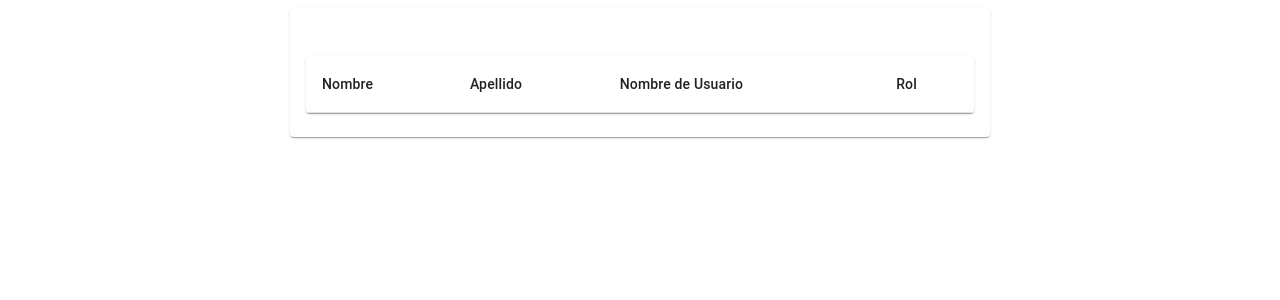
Repository: Mpablom/usuarioCaC-integrador-final-front
Page: /usuarios
The author's editor kept a copy of each file at every save. The page is drawn from the files as they stood at one save, then again after the next save.
The browser window is 1280 px wide. The pictures show the whole page.
The page's requests for data from a server got no answer. The project was rebuilt for these pictures with package versions that can differ from the ones it lists, and the page was loaded fresh each time. No one was signed in, and anything a server would have sent is missing. Also part of the build but not shown: vite.config.ts, src/components/Login.tsx, src/index.css.

Above is the page before, as saved 2024-07-10 23:35:00.

### src/App.tsx
// App.tsx (o donde configures tus rutas)
import React from 'react';
import {
  BrowserRouter as Router,
  Route,
  Routes,
  Navigate,
} from 'react-router-dom';
import Login from './components/Login'; // Componente de inicio de sesión
import UsuariosTable from './components/UsuariosTable'; // Componente de la tabla de usuarios

const App: React.FC = () => {
  return (
    <Router>
      <Routes>
        <Route path="/login" element={<Login />} />
        <Route path="/usuarios" element={<UsuariosTable />} />
        <Route path="/" element={<Navigate to="/login" />} />
      </Routes>
    </Router>
  );
};

export default App;

### src/components/UsuariosTable.tsx
import React, { useEffect, useState } from "react";
import {
  TableContainer,
  Table,
  TableHead,
  TableBody,
  TableRow,
  TableCell,
  Paper,
  Card,
  CardHeader,
  CardContent,
  Typography,
} from "@mui/material";
import { Usuario } from "../models/UsuarioModel";
import { getUsuarios } from "../axios/UsuarioApi";

const UsuariosTable: React.FC = () => {
  const [usuarios, setUsuarios] = useState<Usuario[]>([]);

  useEffect(() => {
    const fetchUsuarios = async () => {
      try {
        const usuariosData = await getUsuarios();
        setUsuarios(usuariosData);
      } catch (error) {
        console.error("Error fetching usuarios:", error);
      }
    };

    fetchUsuarios();
  }, []);

  return (
    <Card sx={{ maxWidth: 700, margin: "auto" }}>
      <CardHeader>
        <Typography variant="h4" component="h1">
          Lista de usuarios
        </Typography>
      </CardHeader>
      <CardContent>
        <TableContainer component={Paper}>
          <Table>
            <TableHead>
              <TableRow>
                <TableCell>Nombre</TableCell>
                <TableCell>Apellido</TableCell>
                <TableCell>Nombre de Usuario</TableCell>
                <TableCell>Rol</TableCell>
              </TableRow>
            </TableHead>
            <TableBody>
              {usuarios.map((usuario) => (
                <TableRow key={usuario.id}>
                  <TableCell>{usuario.nombre}</TableCell>
                  <TableCell>{usuario.apellido}</TableCell>
                  <TableCell>{usuario.username}</TableCell>
                  <TableCell>{usuario.rol}</TableCell>
                </TableRow>
              ))}
            </TableBody>
          </Table>
        </TableContainer>
      </CardContent>
    </Card>
  );
};

export default UsuariosTable;

### src/axios/UsuarioApi.ts
import api from './Api';
import { Usuario, UsuarioLogin } from '../models/UsuarioModel';

export const getUsuarios = async (): Promise<Usuario[]> => {
  const response = await api.get('/usuarios');
  return response.data;
};

export const getUsuarioById = async (id: number): Promise<Usuario> => {
  const response = await api.get(`/usuarios/${id}`);
  return response.data;
};

export const createUsuario = async (usuario: Usuario): Promise<void> => {
  const response = await api.post('/usuarios', usuario);
  return response.data;
};

export const updateUsuario = async (id: number, usuario: Usuario): Promise<void> => {
  const response = await api.put(`/usuarios/${id}`, usuario);
  return response.data;
};

export const deleteUsuario = async (id: number): Promise<void> => {
  const response = await api.delete(`/usuarios/${id}`);
  return response.data;
};

export const restoreUsuario = async (id: number): Promise<void> => {
  const response = await api.patch(`/usuarios/${id}`);
  return response.data;
};
export const login = async (usuarioLogin: UsuarioLogin): Promise<Usuario> => {
    try {
        const response = await api.post(`/usuarios/login`, usuarioLogin);
        return response.data as Usuario; // Asegúrate de que response.data sea del tipo Usuario
    } catch (error) {
        if (error instanceof Error) {
            throw new Error(`Error al iniciar sesión: ${error.message}`);
        } else {
            throw new Error(`Error al iniciar sesión: Error desconocido`);
        }
    }
  }

### src/axios/api.ts
import axios from 'axios';

const api = axios.create({
  baseURL: 'http://localhost:8080',
  headers: {
    'Content-Type': 'application/json',
  },
});

export default api;

Loaded but not shown: index.html (common file); src/main.tsx (common file)

After the next save:
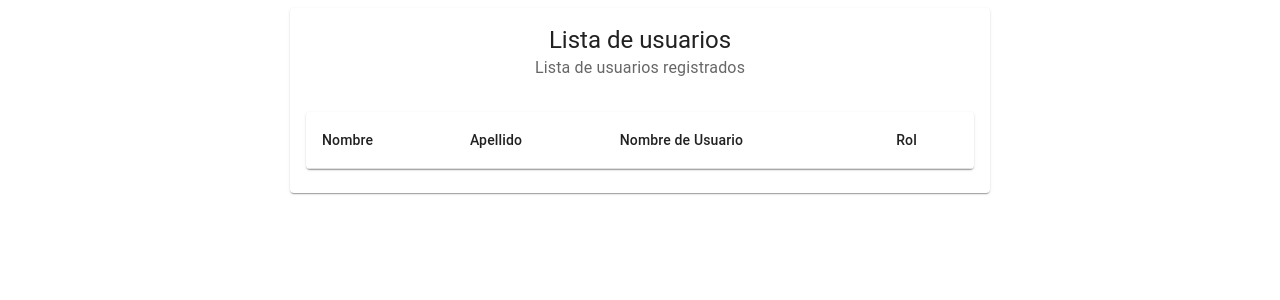
Saved 54 s later.
--- a/src/components/UsuariosTable.tsx
+++ b/src/components/UsuariosTable.tsx
@@ -10,7 +10,6 @@ import {
   Card,
   CardHeader,
   CardContent,
-  Typography,
 } from "@mui/material";
 import { Usuario } from "../models/UsuarioModel";
 import { getUsuarios } from "../axios/UsuarioApi";
@@ -33,10 +32,7 @@ const UsuariosTable: React.FC = () => {
 
   return (
     <Card sx={{ maxWidth: 700, margin: "auto" }}>
-      <CardHeader>
-        <Typography variant="h4" component="h1">
-          Lista de usuarios
-        </Typography>
+<CardHeader title="Lista de usuarios" subheader="Lista de usuarios registrados" sx={{ textAlign: "center" }}>
       </CardHeader>
       <CardContent>
         <TableContainer component={Paper}>
